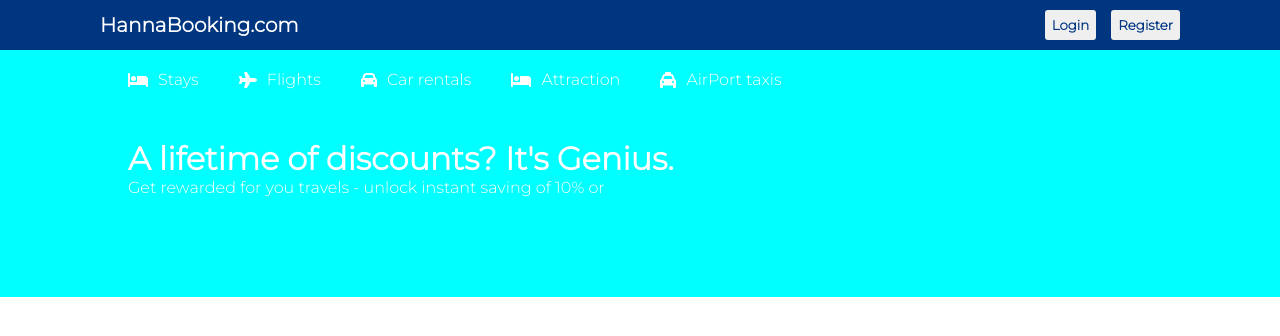
Repository: truongnguyenuit/BookingWebApp
Page: /
An editor plug-in stored every save of this project. The page is shown before and after the next save, followed by the edit.
The browser window is 1280 px wide. The pictures show the whole page.
The project was rebuilt for these pictures with package versions that can differ from the ones it lists, and the page was loaded fresh each time.

Above is the page before, as saved 2022-05-26 15:36:26.

### public/index.html
<!DOCTYPE html>
<html lang="en">
  <head>
    <meta charset="utf-8" />
    <meta name="viewport" content="width=device-width, initial-scale=1" />
    <meta
      name="description"
      content="Web site created using create-react-app"
    />
    <link
      href="https://fonts.googleapis.com/css2?family=Montserrat:wght@300&display=swap"
      rel="stylesheet"
    >
    <style>
      *{
        font-family: 'Montserrat', sans-serif;
        margin: 0;
      }
    </style>

    <title>HannaBooking</title>
  </head>
  <body>
    <noscript>You need to enable JavaScript to run this app.</noscript>
    <div id="root"></div>
  </body>
</html>

### src/App.js
import Home from "./pages/home/Home";
function App() {
  return (
    <Home />
  );
}

export default App;

### src/pages/home/Home.jsx
import React from 'react'
import Header from '../../components/header/Header';
import Navbar from '../../components/navbar/Navbar';
const Home = () => {
  return (
    <div>
      <Navbar />
      <Header />
    </div>
  )
}
export default Home;

### src/components/header/Header.jsx
import {
    faBed,
    faCalendarDays,
    faCar,
    faPerson,
    faPlane,
    faTaxi,
} from "@fortawesome/free-solid-svg-icons";
import { FontAwesomeIcon } from "@fortawesome/react-fontawesome";
import "./header.css";
// import { DateRange } from "react-date-range";
import { useState } from "react";
// import "react-date-range/dist/styles.css"; // main css file
// import "react-date-range/dist/theme/default.css"; // theme css file
// import { format } from "date-fns";
import { useNavigate } from "react-router-dom";
const Header = ({ type }) => {
    const [destination, setDestination] = useState("");
    const [openDate, setOpenDate] = useState(false);
    const [date, setDate] = useState([
        {
            startDate: new Date(),
            endDate: new Date(),
            key: "selection",
        }
    ]);
    const [openOptions, setOpenOptions] = useState(false);
    const [options, setOptions] = useState({
        adult: 1,
        children: 0,
        room: 1,
    });

    //const navigate = useNavigate();
    return (
        <div className="header">
            <div className="headerContainer">
                <div className="headerList">
                    <div className="headerListItem">
                        <FontAwesomeIcon icon={faBed} />
                        <span>Stays</span>
                    </div>
                    <div className="headerListItem">
                        <FontAwesomeIcon icon={faPlane} />
                        <span>Flights</span>
                    </div>
                    <div className="headerListItem">
                        <FontAwesomeIcon icon={faCar} />
                        <span>Car rentals</span>
                    </div>
                    <div className="headerListItem">
                        <FontAwesomeIcon icon={faBed} />
                        <span>Attraction</span>
                    </div>
                    <div className="headerListItem">
                        <FontAwesomeIcon icon={faTaxi} />
                        <span>AirPort taxis</span>
                    </div>
                </div>
                <>
                    <h1 className="HeaderTitle">
                        A lifetime of discounts? It's Genius.
                    </h1>
                    <p className="headerDesc">
                        Get rewarded for you travels - unlock instant saving of 10% or
                    </p>
                </>
            </div>
        </div>
    )
}
export default Header;

### src/components/navbar/Navbar.jsx
import React from 'react'
import "./navbar.css"
const Navbar = () => {
  return (
    <div className="navbar">
      <div className="navContainer">
        <span className="logo">HannaBooking.com</span>
        <div className="navItems">
          <button className="navButton">Login</button>
          <button className="navButton">Register</button>
        </div>
      </div>
    </div>
  )
}
export default Navbar;

### src/components/header/header.css
.header {
    background-color:aqua;
    color: white;
    display: flex;
    justify-content: center;
    position: relative;
}
.headerContainer {
    width:  100%;
    max-width: 1024px;
    margin: 20px 0px 100px 0px;
}
.headerList {
    display: flex;
    gap: 40px;
    margin-bottom: 50px;
}
.headerListItem {
    display: flex;
    align-items: center;
    gap: 10px;
}

### src/components/navbar/navbar.css
.navbar {
    height: 50px;
    background-color: #003580;
    display: flex;
    justify-content: center;
}
.navContainer {
    width: 100%;
    display: flex;
    justify-content: space-between;
    align-items: center;
    padding-left: 100px;
    padding-right: 100px;
}
.logo {
    font-weight: bold;
    font-size:20px ;
    color: white;
}
/* .navItems {
    width: 10.5%;
    display: flex;
    justify-content: space-between;
} */
.navButton {
    padding: 7px;
    border: none;
    border-radius: 3px;
    font-weight: bold;
    color: #003580;
    margin-left: 15px;
}

Loaded but not shown: src/index.js (common file)

After the next save:
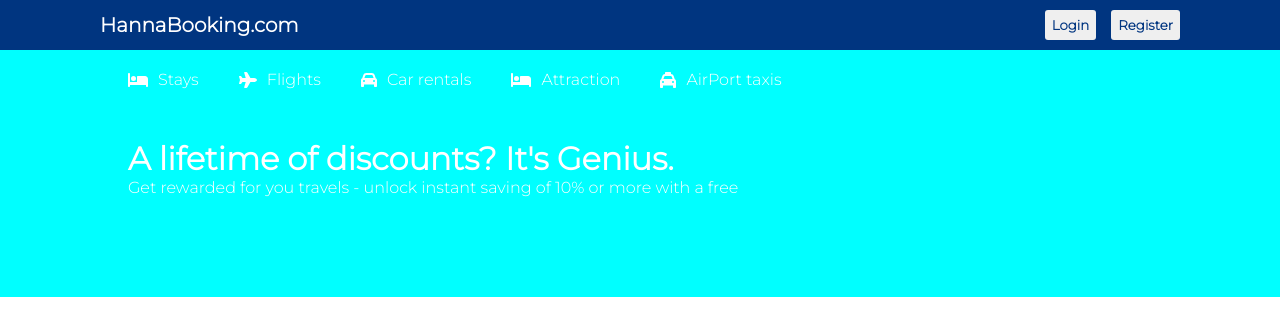
Saved 13 s later.
--- a/src/components/header/Header.jsx
+++ b/src/components/header/Header.jsx
@@ -63,6 +63,7 @@ const Header = ({ type }) => {
                     </h1>
                     <p className="headerDesc">
                         Get rewarded for you travels - unlock instant saving of 10% or
+                        more with a free
                     </p>
                 </>
             </div>
